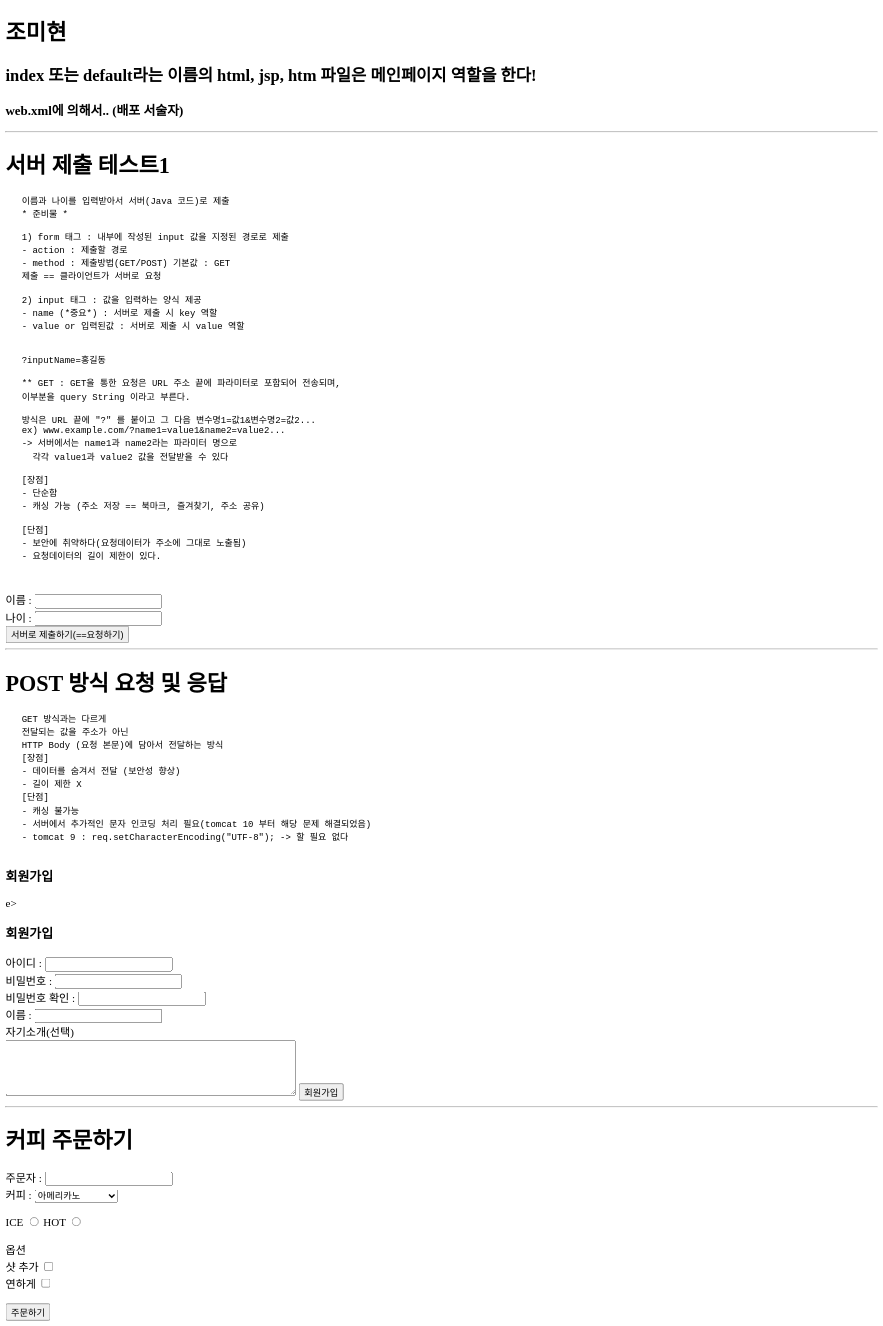
Repository: ghddbsrl1234/05_Server
Page: ServletProject/src/main/webapp/index.html
The author's editor kept a copy of each file at every save. The page is drawn from the files as they stood at one save, then again after the next save.
The browser window is 1280 px wide. The pictures show the whole page, at 69% of full size.

Above is the page before, as saved 2025-11-17 05:41:00.

After the next save:
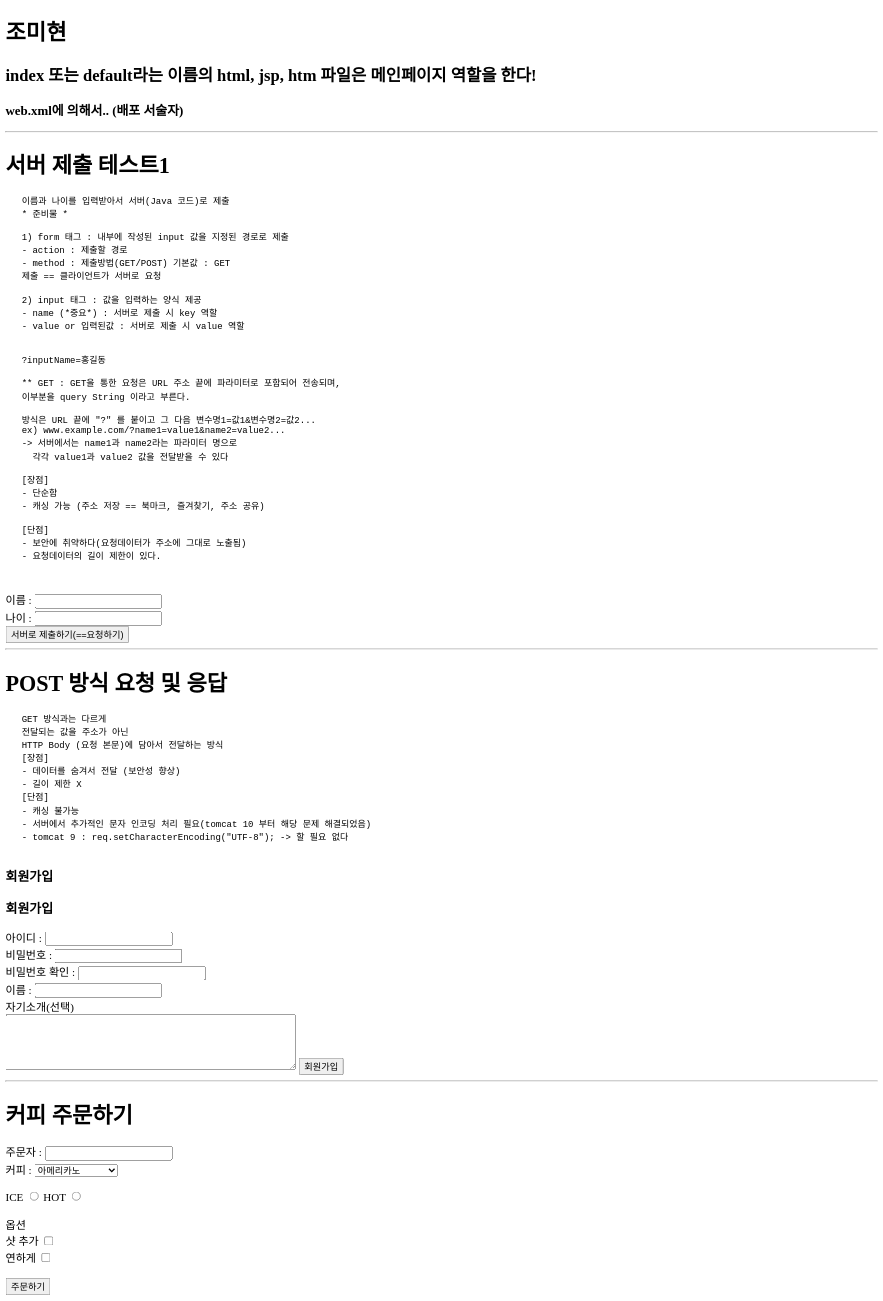
Saved 8 min 33 s later.
--- a/ServletProject/src/main/webapp/index.html
+++ b/ServletProject/src/main/webapp/index.html
@@ -70,8 +70,9 @@
 
 	<h3>회원가입</h3>
 
-e>
+
 	<h3>회원가입</h3>
+
 	<form action="/signUp" method="post">
 		아이디 : <input type="text" name="inputId" required> <br>
 		비밀번호 : <input type="password" name="inputPw" required> <br>
